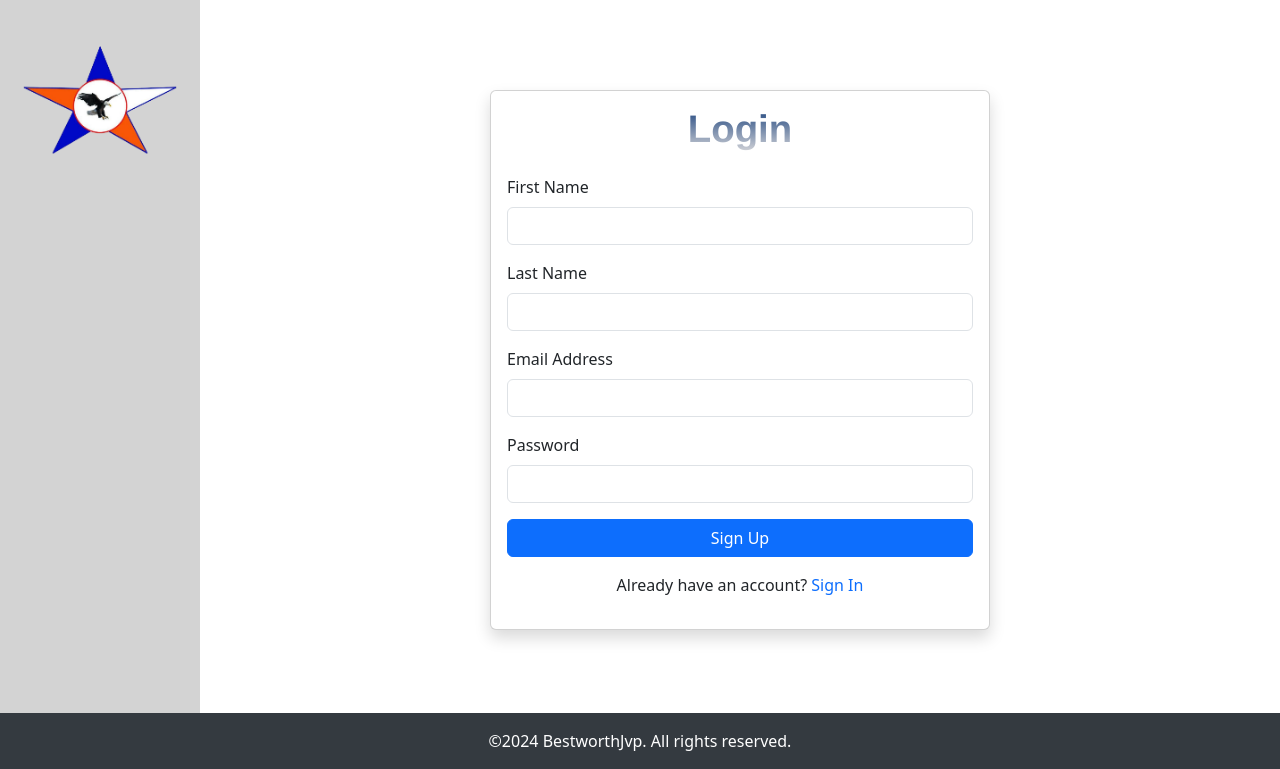
Repository: OVictor21/inventory
Page: /Login
An editor plug-in stored every save of this project. The page is shown before and after the next save, followed by the edit.
The browser window is 1280 px wide. The pictures show the whole page.
The project was rebuilt for these pictures with package versions that can differ from the ones it lists, and the page was loaded fresh each time. Also part of the build but not shown: src/components/signup.jsx, src/components/reset1.jsx, src/components/reset2.jsx.

Above is the page before, as saved 2024-12-15 15:16:10.

### src/index.css

.logo {
  background-size: cover;
  background-repeat: no-repeat;
  background-position: center;
  height: auto;
  width:9rem ;
}

.sign-in{
  width: 40vw;
  height: 65vw;
  left: 45vw;
  top: -10vw;
  overflow: hidden;
}

.login {
  display: flex;
  flex-direction: column;
  min-height: 100vh;
  overflow: hidden;

}

.nav-body {
  flex-grow: 1;
  background-color: #D3D3D3;
  width: 35vw;
  height: 65vw;
}

.text{
  top: 5vw;
  left: 6vw;
  background: linear-gradient(180deg, rgb(51, 85, 136) 13.5%, rgb(206, 208, 214) 100%);
  -webkit-background-clip: text !important;
  background-clip: text;
  -webkit-text-fill-color: transparent;
  text-fill-color: transparent;
  font-family: "Montserrat-Bold", Helvetica;
  font-weight: 700;
  color: transparent;
  font-size: 4vw;
  letter-spacing: 0;
  line-height: normal;
}



.text-wrapper-8 {
  background: linear-gradient(180deg, rgb(51, 85, 136) 13.5%, rgb(206, 208, 214) 100%);
  -webkit-background-clip: text !important;
  background-clip: text;
  -webkit-text-fill-color: transparent;
  text-fill-color: transparent;
  font-family: "Montserrat-Bold", Helvetica;
  font-weight: 600;
  color: transparent;
  font-size: 2vw;
  letter-spacing: 0;
  line-height: normal;
  top: 13vw;
  left: 6vw;
}

.email-text{
  font-size: 1.2vw;

}

.email{
  top: 17vw;
  left: 6vw;
}

.email-in{
  top: 23vw;
  left: 6vw;
  width: 80%;
  max-width: 80%;
  height: 5%;
}

.pass{
  top: 27vw;
  left: 6vw;
}

.pass-in{
  top: 33vw;
  left: 6vw;
  width: 80%;
  max-width: 80%;
  height: 5%;

}

.text-wrapper-7{
  font-family: "Montserrat-Regular", Helvetica;
  font-weight: 400;
  color: #00000061;
  font-size: 1.3vw;
  letter-spacing: 0;
  line-height: normal;
  top: 30vw;
  text-decoration: none;
  right: 2vw;
}



.sign-btn{
  background: linear-gradient(180deg, rgb(51, 85, 136) 93.5%, rgb(206, 208, 214) 97%);
  font-family: "Montserrat-Bold", Helvetica;
  font-weight: 700;
  font-size: 1.5rem;
  letter-spacing: 0;
  line-height: normal;
  width: 80%;
  height: 3rem;
  top: 42vw;
  left: 6vw;
  /* box-shadow: 0px 22px 75px #00000040; */
}


.acct{
  font-family: "Montserrat-Regular", Helvetica;
  font-weight: 700;
  color: #000000;
  font-size: 1.5vw;
  letter-spacing: 0;
  line-height: normal;
  top: 52vw;
  left: 6vw;
}

.acct-1{
  font-family: "Montserrat-Bold", Helvetica;
  font-weight: 700;
  color: rgb(51, 85, 136);
  font-size: 1.5vw;
  text-decoration: none;
  letter-spacing: 0;
  line-height: normal;
  top: 52vw;
  right: 3vw;
}



.pass-text{
font-size: 1.2vw;
}
.footer-body {
  background-color: #343a40; /* Example background color */
  text-align: center;
  padding: 1rem 0;
  margin-top: auto; /* Pushes the footer to the bottom */
}



.side{
  background-color: #D3D3D3;
}
.footers{
  top: 99vh;
  right: 0vw;
  background-color: #343a40;
}

.signuptext{
  top: 5vw;
  left: 6vw;
  background: linear-gradient(180deg, rgb(51, 85, 136) 13.5%, rgb(206, 208, 214) 100%);
  -webkit-background-clip: text !important;
  background-clip: text;
  -webkit-text-fill-color: transparent;
  text-fill-color: transparent;
  font-family: "Montserrat-Bold", Helvetica;
  font-weight: 700;
  color: transparent;
  font-size: 3vw;
  letter-spacing: 0;
  line-height: normal;
}

### src/App.js
// import Navbar from './components/navbar';
import 'bootstrap/dist/css/bootstrap.min.css';
import { BrowserRouter as Router, Route, Routes } from "react-router-dom";
// import Home from "./components/home";
import Login from "./components/login";
import Signup from './components/signup';
import Reset1 from './components/reset1';
import Reset2 from './components/reset2';



function App() {
  return (
    <div className="App">
      <Router>
      <Routes>
        {/* <Route path="/" element={<Navbar />} /> */}
        <Route path="/Login" element={<Login />} />
        <Route path="/Signup" element={<Signup/>} />
        <Route path='/Reset1' element={<Reset1/>} />
        <Route path='/Reset2' element={<Reset2 />} />
      </Routes>
    </Router>
    </div>
  );
}

export default App;

### src/components/login.jsx
const Login = () => {
  return (
    <div className="d-flex">
      {/* Sidebar with Logo */}
      <div className="side text-white d-flex flex-column align-items-center p-3 vh-100" style={{ width: '200px' }}>
        <a href="/" className="d-block mb-4">
          <img
            src="./logo.png" // Replace with your actual logo URL
            alt="Logo"
            className="img-fluid"
          />
        </a>
      </div>

      {/* Main Content Area with Sign-Up Form */}
      <div className="flex-grow-1 d-flex flex-column justify-content-center align-items-center p-4">
        <div className="card shadow p-3" style={{ maxWidth: '500px', width: '100%' }}>
          <h3 className="text-center mb-4 signuptext">Login</h3>
          <form>
            <div className="mb-3">
              <label htmlFor="name" className="form-label">
                First Name
              </label>
              <input type="text" className="form-control" id="name" required />
            </div>
            <div className="mb-3">
              <label htmlFor="name" className="form-label">
                Last Name
              </label>
              <input type="text" className="form-control" id="name" required />
            </div>
            <div className="mb-3">
              <label htmlFor="email" className="form-label">
                Email Address
              </label>
              <input type="email" className="form-control" id="email" required />
            </div>
            <div className="mb-3">
              <label htmlFor="password" className="form-label">
                Password
              </label>
              <input type="password" className="form-control" id="password" required />
            </div>
            <div className="d-grid">
              <button type="submit" className="btn btn-primary">
                Sign Up
              </button>
            </div>

            <div className="text-center mt-3 ">
    <p>Already have an account?{' '}<a href="/login" className="text-decoration-none">Sign In</a></p>
  </div>

          </form>
        </div>

        {/* Footer */}
        <footer className="mt-auto text-center py-3 w-100 position-absolute footers text-white ">
          <p className="mb-0">&copy;2024 BestworthJvp. All rights reserved.</p>

        </footer>
      </div>
    </div>
  );
};

export default Login;

Loaded but not shown: public/index.html (common file); src/index.js (common file); src/reportWebVitals.js (common file)

After the next save:
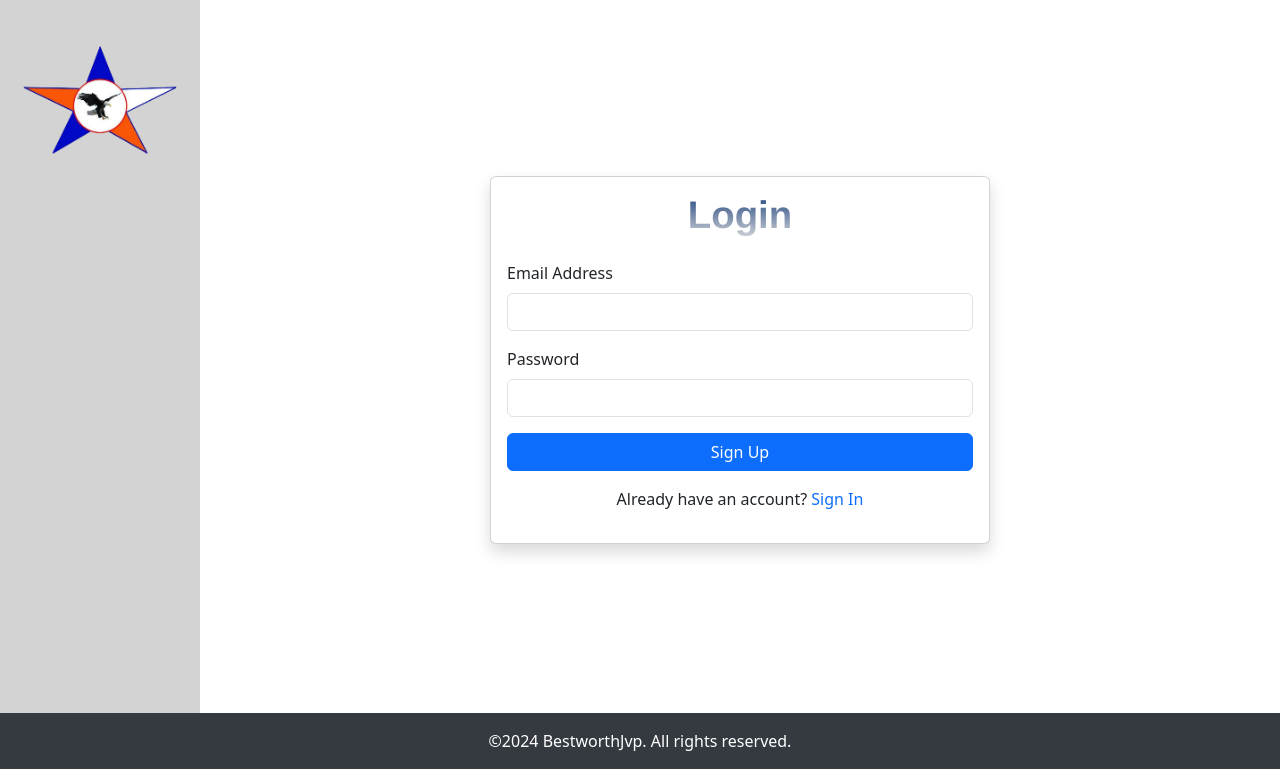
Saved 18 s later.
--- a/src/components/login.jsx
+++ b/src/components/login.jsx
@@ -17,18 +17,6 @@
         <div className="card shadow p-3" style={{ maxWidth: '500px', width: '100%' }}>
           <h3 className="text-center mb-4 signuptext">Login</h3>
           <form>
-            <div className="mb-3">
-              <label htmlFor="name" className="form-label">
-                First Name
-              </label>
-              <input type="text" className="form-control" id="name" required />
-            </div>
-            <div className="mb-3">
-              <label htmlFor="name" className="form-label">
-                Last Name
-              </label>
-              <input type="text" className="form-control" id="name" required />
-            </div>
             <div className="mb-3">
               <label htmlFor="email" className="form-label">
                 Email Address
